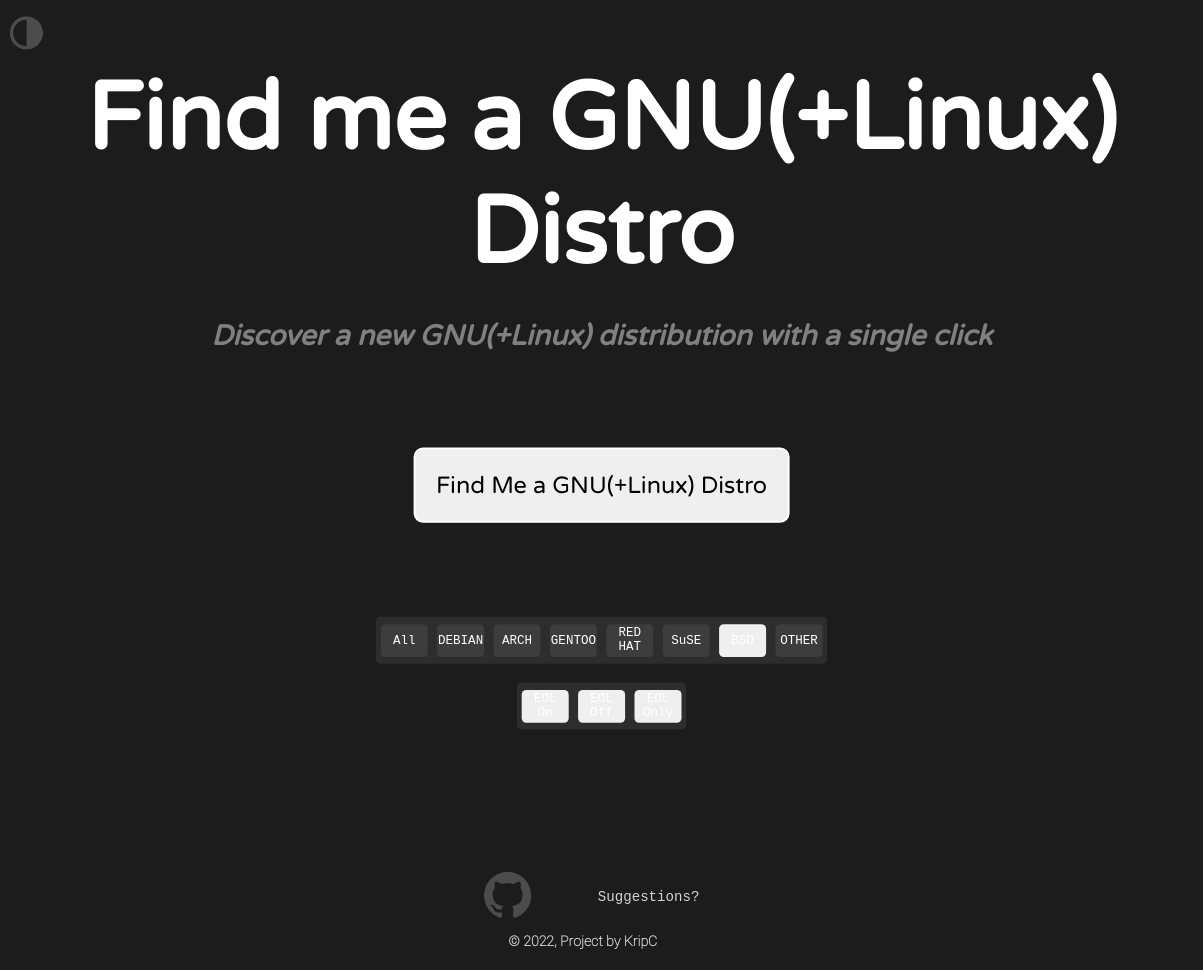
Repository: KripC2160/FindMeALinuxDistro
Page: index.html
The author's editor kept a copy of each file at every save. The page is drawn from the files as they stood at one save, then again after the next save.
The browser window is 1280 px wide. The pictures show the whole page, at 94% of full size.

Above is the page before, as saved 2022-05-17 22:16:40.
Console error: TypeError: Cannot read properties of null (reading 'style')

### index.html
<!DOCTYPE html>
<html>
    <head>
        <meta charset="utf-8">
        <meta name="viewport" content="width=device-width, initial-scale=1.0">
        <title>Find Me a GNU(+Linux) Distro</title>
        <link rel="preconnect" href="https://fonts.gstatic.com">
        <link rel="shortcut icon" type="image/png" href="img/randomdistrofavicon.png">
        <link rel="stylesheet" type="text/css"href="css/style.css" />
    </head>
    <body onload="changeButtonColor()">
        <script src="js/script.js"></script>
        <script src="js/handlelink.js"></script>
        <h1 class="BigTitle" id="BigTitle">Find me a GNU(+Linux) Distro</h1>
        <h3 class="smallerTitle">Discover a new GNU(+Linux) distribution with a single click</h3>
        <div class="darkmode">
            <button id="dmbutton" onclick="dmchange()">
                <img src="img/thememode.png" id="dmimg">
            </button>
        </div>
        <div class="content">
            <button id="random-button" onclick="clicked()">Find Me a GNU(+Linux) Distro</button>
        </div>
        <div class="FMALDportal">
            <span class="tip">You can choose specific variant of distributions you want to see using this option</span>
            <!-- number of items in fmald including index: 9-->
            <button class="FMALDALL" id="FMALDALL" onclick="TOGGLEALL()">All</button>
            <button class="FMALDDEBIAN" id="FMALDDEBIAN" onclick="TOGGLEDEBIAN()">DEBIAN</button>
            <button class="FMALDARCH" id="FMALDARCH" onclick="TOGGLEARCH()">ARCH</button>
            <button class="FMALDGENTOO" id="FMALDGENTOO" onclick="TOGGLEGENTOO()">GENTOO</button>
            <button class="FMALDREDHAT" id="FMALDREDHAT" onclick="TOGGLEREDHAT()">RED HAT</button>
            <button class="FMALDSUSE" id="FMALDSUSE" onclick="TOGGLESUSE()">SuSE</button>
            <button class="FMALDSLACK" id="FMALDSLACK" onclick="TOGGLESLACK()">Slack</button>
            <button class="FMALDSLACK" id="FMALDSLACK" onclick="TOGGLEBSD()">BSD</button>
            <button class="FMALDOTHER" id="FMALDOTHER" onclick="TOGGLEOTHER()">OTHER</button>
        </div>
        <div class="EOLsettings">
            <span class="tip">Option for EOL (End Of Life) Distributions</span>
            <button class="EOLoff" id="EOLoff" onclick="TOGGLEEOLOFF()">EOL Off</button>
            <button class="EOLon" id="EOLon" onclick="TOGGLEEOLON()">EOL On</button>
            <button class="EOLonly" id="EOLonly" onclick="TOGGLEEOLONLY()">EOL Only</button>
        </div>
        <footer>
            <button class="GH" onclick="relocateGithubHome()"><img src="img/GitHub_logo.png" width="50px" height="50px"></button>
            <button class="suggestions" onclick="relocateGithub()">Suggestions?</button>
            <h2 class="creditsanddate">© <script>document.write(new Date().getFullYear());</script>, Project by KripC</h2> <!-- the script automatically updates the year-->
        </footer>
    </body>
</html>

### css/style.css
html{
    width: 100vw
}

:root{
    --main-color: #1C1C1C;
    --main-text-color: lightgrey;
    --main-background: #2D2D2D;
    --main-bigtitle: white;
}

body{
    background-color: var(--main-color);
}

@import url('https://fonts.googleapis.com/css2?family=Anonymous+Pro&display=swap');

@font-face{
    font-family: "Varela Round";
    src: url("../font/Varela_Round/VarelaRound-Regular.ttf");
}

@font-face{
    font-family: "Roboto";
    src: url("../font/Roboto/Roboto-Thin.ttf");
}

/* useless for now
@media screen and (min-width: 1600px){
    @viewport{
    }
}
*/

#random-button{
    font-family: 'Varela Round';
    font-size: 25px;
    text-align: center;
    width:400px;
    height:80px;
    border-radius: 10px;
    border:2px solid white;
    outline: none;
    margin-bottom: 250px;
    transition: transform .2s;
    cursor: pointer;
}


#random-button:hover{
    transform: scale(1.02);
}

.content{
    display: flex;
    justify-content: center;
    align-items: center;
    position: relative;
    top: 0%;
}

.BigTitle{
    font-family: 'Varela Round';
    font-size: 100px;
    text-align: center;
    color: white;
    margin-bottom: 10px;
}

.smallerTitle{
    font-family: 'Varela Round';
    font-style: italic;
    color: grey;
    font-size: 30px;
    text-align: center;
    margin-bottom: 100px;
    position: relative;
}

footer{
    position: static;
    bottom: 0;
    clear: both;
    left:0;
    right:0;
    margin-left:auto;
    margin-right:auto;
    display: grid;
    justify-content: center;
}

.suggestions{
    font-family: 'Anonymous Pro', monospace;
    outline: none;
    background: none;
    border:none;
    color: var(--main-text-color);
    font-size: 15px;
    cursor: pointer;
    cursor:pointer;
    position: relative;
    right: -50px;
    bottom: 15px;
}

.GH{
    cursor: pointer;
    position: relative;
    left: -100px;
    bottom: -20px;
    border:none;
    outline: none;
    background-color: none;
    background:none;
    filter: brightness(150%);
    transition: filter .1s;
}

.GH:hover{
    filter:brightness(200%);
}

.creditsanddate{
    font-family: 'Roboto';
    color: var(--main-text-color);
    font-size: 15px;
    position: relative;
    top: 0px;
    left: -20px;
    text-align: center;
    display: grid;
    justify-content: center;
    bottom: 0;
}

/*buttons*/
@media only screen and (max-width: 768px) {
    .FMALDportal{
        scale: 70%;
    }
}

@media only screen and (max-width: 320px) {
    .FMALDportal{
        scale: 50%;
        left: -120px;
    }
}

.FMALDportal{
    position: relative;
    display: grid;
    margin-left: auto;
    margin-right: auto;
    justify-content: center;
    align-items: center;
    bottom: 150px;
    background: var(--main-background);
    height: 50px;
    width: 480px;
    border-radius: 5px;
}

.FMALDportal .tip{
    font-family: "Varela Round";
    font-size: 12px;
    visibility: hidden;
    width: 120px;
    background-color: RGBA(50, 50, 50, 0.9);
    color: #fff;
    text-align: center;
    padding: 5px 0;
    border-radius: 6px;
    border: 5px RGBA(50, 50, 50, 0.9);

    position: absolute;
    z-index: 1;
    bottom: 125%;
    left: 50%;
    margin-left: -60px;

    /* Fade in tooltip */
    opacity: 0;
    transition: opacity 0.3s;
}

.FMALDportal .tip::after {
    content: "";
    position: absolute;
    top: 100%;
    left: 50%;
    margin-left: -5px;
    border-width: 5px;
    border-style: solid;
    border-color: #555 transparent transparent transparent;
}

  /* Show the tooltip text when you mouse over the tooltip container */
.FMALDportal:hover .tip {
    visibility: visible;
    opacity: 1;
}

.FMALDportal button{
    font-family: "Anonymous Pro", monospace;
    color: white;
    text-align: center;
    position: absolute;
    display: grid;
    justify-content: center;
    align-items: center;
    margin: 0 auto;
    height: 35px;
    width: 50px;
    border-radius: 5px;
    border: none;
    cursor: pointer;
    margin-right: 10px;
}


.FMALDALL{
    left: 5px;
}

.FMALDDEBIAN{
    left: 65px;
}

.FMALDARCH{
    left: 125px;
}

.FMALDGENTOO{
    left: 185px;
}

.FMALDREDHAT{
    left: 245px;
}

.FMALDSUSE{
    left: 305px;
}

.FMALDSLACK{
    left: 365px;
}

.FMALDOTHER{
    left: 425px;
}

.FMALDEOL{
    left: 545px;
}

hr{
    position:absolute;
    left: 480px;
    background-color: #fff;
    border-radius: 5px;
    border:none;
}

.EOLsettings button{
    font-family: "Anonymous Pro", monospace;
    color: white;
    text-align: center;
    position: absolute;
    display: grid;
    justify-content: center;
    align-items: center;
    margin: 0 auto;
    height: 35px;
    width: 50px;
    border-radius: 5px;
    border: none;
    cursor: pointer;
}

.EOLon{
    left: 5px;
}

.EOLoff{
    left: 65px;
}

.EOLonly{
    left: 125px;
}

.EOLsettings{
    position: relative;
    display: grid;
    margin-left: auto;
    margin-right: auto;
    justify-content: center;
    align-items: center;
    bottom: 130px;
    background: var(--main-background);
    height: 50px;
    width: 180px;
    border-radius: 5px;
}

.EOLsettings .tip{
    font-family: "Varela Round";
    font-size: 12px;
    visibility: hidden;
    width: 200px;
    background-color: RGBA(50, 50, 50, 0.9);
    color: #fff;
    text-align: center;
    padding: 10px 0;
    border-radius: 6px;
    border: 5px RGBA(50, 50, 50, 0.9);
    position: absolute;
    z-index: 1;
    bottom: -120%;
    left: 30%;
    margin-left: -60px;

    /* Fade in tooltip */
    opacity: 0;
    transition: opacity 0.3s;
}

.EOLsettings .tip ::after{
    content: "";
    position: absolute;
    top: 100%;
    left: 50%;
    margin-left: -5px;
    border-width: 5px;
    border-style: solid;
    border-color: #555 transparent transparent transparent;
}

.EOLsettings:hover .tip {
    visibility: visible;
    opacity: 1;
}

#dmbutton{
    background-color: none;
    background:none;
    outline: none;
    border: none;
    width: 40px;
    height: 40px;
    position: absolute;
    top: 2%;
    display: grid;
    justify-content: center;
    filter: brightness(100%);
    transition: filter .1s;
    cursor: pointer;
}

#dmbutton:hover{
    filter: brightness(150%);
}

#dmimg{
    width: 40px;
    height: 40px;
    cursor: pointer;
}

### js/script.js


//local storage variable
// looks bad, but I still don't know the true solution to localstorage issue so here we go
if (localStorage.getItem("EOLToggle") === null){
    localStorage.setItem("EOLToggle", 2);
}

if (localStorage.getItem("EOLToggle") == 2){
    localStorage.setItem("EOLToggle", 2);
}

if (localStorage.getItem("dmToggle") === null){
    localStorage.setItem("dmToggle", 'light');
}

if (localStorage.dmToggle === null){
    localStorage.setItem("dmToggle", 'light');
}

if (localStorage.getItem("distroToggle") === null){
    localStorage.setItem("distroToggle", 1);
}

if (localStorage.distroToggle === null){
    localStorage.setItem("distroToggle", 1);
}

// variables below
var r = document.querySelector(":root");
var EOLToggle = localStorage.getItem("EOLToggle");
//var curr_toggle = localStorage.getItem("distroToggle");

//color palette from https://onaircode.com/html-css-color-palette-code-snippet/
var curr_color, prev_color;
var color_list = [
    "#EC87C0", "#48CFAD", "#FC6E51", //pink, torquoise, orange
    "#4FC1E9", "#AC92EC", "#ED5565", //aqua, purple, red
    "#A0D468", "#5D9CEC", "#FFCE54"  //green, blue, yellow
];

var distro_list = [
    "TEST", "FMALDALL", "FMALDDEBIAN", "FMALDARCH", "FMALDGENTOO", "FMALDREDHAT", "FMALDSUSE", "FMALDSLACK", "FMALDBSD", "FMALDOTHER"
];



function clicked(){

    var distrolink_list = [
        "gap", links, debianlinks, archlinks, gentoolinks,
        redhatlinks, suselinks, slacklinks, bsdlinks, otherlinks
    ];

    var eoldistrolink_list = [
        "gap", EOLlinks, EOLdebianlinks, EOLarchlinks, EOLgentoolinks,
        EOLredhatlinks, EOLsuselinks, EOLslacklinks, EOLotherlinks
    ];

    if (EOLToggle == 1){
        var chosentype = Math.floor((Math.random()*100)+ 1);
        chosentype <= 25 ? window.open(eoldistrolink_list[localStorage.distroToggle][Math.floor(Math.random()*eoldistrolink_list[localStorage.distroToggle].length)]) : window.open(distrolink_list[localStorage.distroToggle][Math.floor(Math.random()*distrolink_list[localStorage.distroToggle].length)])
    }
    else if(EOLToggle == 2){
        window.open(distrolink_list[localStorage.distroToggle][Math.floor(Math.random()*distrolink_list[localStorage.distroToggle].length)]);
    }
    else if(EOLToggle == 3){
        window.open(eoldistrolink_list[localStorage.distroToggle][Math.floor(Math.random()*eoldistrolink_list[localStorage.distroToggle].length)]);
    }
}

function changeButtonColor(){
    var color = Math.floor((Math.random() * 9) + 0);
    /*added this function so no identical colors will be there
    everytime you load new random color*/
    if (color_list[color] == curr_color || color_list[color] == prev_color){
        changeButtonColor();
    }
    else{

        document.getElementById("FMALDOTHER").style.backgroundColor = "#3D3D3D";
        document.getElementById("FMALDALL").style.backgroundColor = "#3D3D3D";
        document.getElementById("FMALDDEBIAN").style.backgroundColor = "#3D3D3D";
        document.getElementById("FMALDARCH").style.backgroundColor = "#3D3D3D";
        document.getElementById("FMALDREDHAT").style.backgroundColor = "#3D3D3D";
        document.getElementById("FMALDSUSE").style.backgroundColor = "#3D3D3D";
        document.getElementById("FMALDSLACK").style.backgroundColor = "#3D3D3D";
        document.getElementById("FMALDGENTOO").style.backgroundColor = "#3D3D3D";
        document.getElementById("FMALDBSD").style.backgroundColor = "#3D3D3D";

        if (localStorage.distroToggle == 1){
            document.getElementById("EOLon").style.backgroundColor = color_list[color];
            document.getElementById("EOLoff").style.backgroundColor = color_list[color];
            document.getElementById("EOLonly").style.backgroundColor = color_list[color];
            document.getElementById("random-button").style.backgroundColor = color_list[color];
            document.getElementById("BigTitle").style.color = color_list[color];
            document.getElementById("FMALDALL").style.backgroundColor = color_list[color];
        }
        else{
            document.getElementById("EOLon").style.backgroundColor = color_list[localStorage.distroToggle];
            document.getElementById("EOLoff").style.backgroundColor = color_list[localStorage.distroToggle];
            document.getElementById("random-button").style.backgroundColor=color_list[localStorage.distroToggle];
            document.getElementById("EOLonly").style.backgroundColor = color_list[localStorage.distroToggle];
            document.getElementById("BigTitle").style.color = color_list[localStorage.distroToggle];
            document.getElementById(distro_list[localStorage.distroToggle]).style.backgroundColor = color_list[localStorage.distroToggle];
        }

        if (localStorage.distroToggle == 8){
            document.getElementById("EOLon").style.backgroundColor = "white";
            document.getElementById("EOLoff").style.backgroundColor = "white";
            document.getElementById("EOLonly").style.backgroundColor = "white";
            document.getElementById("random-button").style.backgroundColor= "white";
            if (localStorage.dmToggle == 'light'){
                document.getElementById("BigTitle").style.color = "white";
            }
            else if (localStorage.dmToggle == 'dark'){
                document.getElementById("BigTitle").style.color = "#3D3D3D";
            }
            document.getElementById("FMALDOTHER").style.backgroundColor = "#F5F7FA";
            document.getElementById("FMALDOTHER").style.color = "#3D3D3D";
        }
    }

        if (EOLToggle == 1){
            if (localStorage.distroToggle == 8){
                document.getElementById("EOLon").style.color = "#3D3D3D";
                document.getElementById("EOLonly").style.color = "white";
                document.getElementById("EOLoff").style.color = "white";
            }
            else{
                document.getElementById("EOLon").style.color = "white";
            }
            document.getElementById("EOLoff").style.backgroundColor = "#3D3D3D";
            document.getElementById("EOLonly").style.backgroundColor = "#3D3D3D";
        }
        else if (EOLToggle == 2){
            if (localStorage.distroToggle == 8){
                document.getElementById("EOLoff").style.color = "#3D3D3D";
                document.getElementById("EOLonly").style.color = "white";
                document.getElementById("EOLon").style.color = "white";
            }
            else{
                document.getElementById("EOLoff").style.color = "white";
            }
            document.getElementById("EOLon").style.backgroundColor = "#3D3D3D";
            document.getElementById("EOLonly").style.backgroundColor = "#3D3D3D";
        }
        else if (EOLToggle == 3){
            if (localStorage.distroToggle == 8){
                document.getElementById("EOLonly").style.color = "#3D3D3D";
                document.getElementById("EOLoff").style.color = "white"
                document.getElementById("EOLon").style.color = "white"
            }
            else{
                document.getElementById("EOLonly").style.color = "white";
            }
            document.getElementById("EOLon").style.backgroundColor = "#3D3D3D";
            document.getElementById("EOLoff").style.backgroundColor = "#3D3D3D";
        }
        prev_color = curr_color;
        curr_color = color_list[color];

    if (localStorage.distroToggle != 8){
        document.getElementById("EOLon").style.color = "white";
        document.getElementById("EOLoff").style.color = "white";
        document.getElementById("FMALDOTHER").style.color = "white";
    }

    if(localStorage.dmToggle == 'dark'){
        document.getElementById('random-button').style.borderColor = "#4C4C4C";
        r.style.setProperty('--main-color', 'F0F0F0');
        r.style.setProperty('--main-text-color', '#1C1C1C');
        r.style.setProperty('--main-background', "#D4D4D4");
        r.style.setProperty('--main-bigtitle', 'white');
    }
    else{
        document.getElementById('random-button').style.borderColor = "white";
        r.style.setProperty('--main-color', '#1C1C1C');
        r.style.setProperty('--main-text-color', 'lightgrey');
        r.style.setProperty('--main-background', "#2D2D2D");
        r.style.setProperty('--main-bigtitle', '#1C1C1C');
    }
}

function relocateGithubHome(){
    var githubhome = "https://github.com/KripC2160/findmealinuxdistro";
    window.open(githubhome);
}

function relocateGithub(){
    var issues = "https://github.com/KripC2160/findmealinuxdistro/issues";
    window.open(issues);
}

function TOGGLEEOLON(){
    if (EOLToggle != 1){
        EOLToggle = 1;
        localStorage.setItem("EOLToggle", 1);
        changeButtonColor();
    }
}

function TOGGLEEOLOFF(){
    if (EOLToggle != 2){
        EOLToggle = 2;
        localStorage.setItem("EOLToggle", 2);
        changeButtonColor();
    }
}

function TOGGLEEOLONLY(){
    if (EOLToggle != 3){
        EOLToggle = 3;
        localStorage.setItem("EOLToggle", 3);
        changeButtonColor();
    }
}

//option buttons

function TOGGLEALL(){
    localStorage.distroToggle = 1;
    changeButtonColor();
}

function TOGGLEDEBIAN(){
    localStorage.distroToggle = 2;
    changeButtonColor();
}

function TOGGLEARCH(){
    localStorage.distroToggle = 3;
    changeButtonColor();
}

function TOGGLEGENTOO(){
    localStorage.distroToggle = 4;
    changeButtonColor();
}

function TOGGLEREDHAT(){
    localStorage.distroToggle = 5;
    changeButtonColor();
}

function TOGGLESUSE(){
    localStorage.distroToggle = 6;
    changeButtonColor();
}

function TOGGLESLACK(){
    localStorage.distroToggle = 7;
    changeButtonColor();
}

function TOGGLEOTHER(){
    localStorage.distroToggle = 8;
    changeButtonColor();
}

function TOGGLEBSD(){
    localStorage.distroToggle = 9;
    changeButtonColor();
}

function dmchange(){
    if (localStorage.dmToggle == 'dark'){
        localStorage.setItem("dmToggle", 'light');
    }
    else if (localStorage.dmToggle == 'light'){
        localStorage.setItem("dmToggle", 'dark');
    }
    changeButtonColor();
}

Loaded but not shown: js/handlelink.js (488 lines, source omitted)

After the next save:
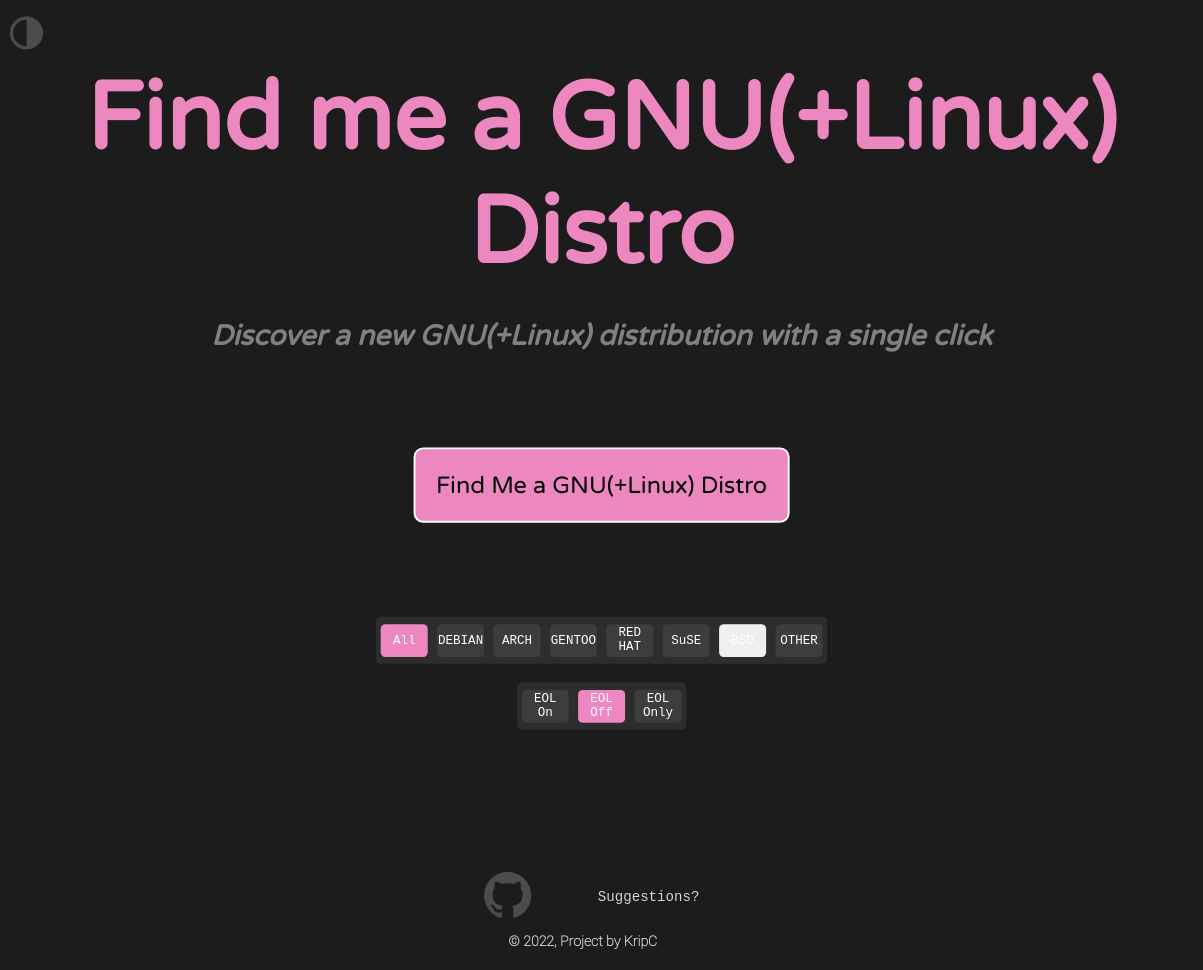
The error is gone.
Saved 8 min 38 s later.
--- a/js/script.js
+++ b/js/script.js
@@ -40,7 +40,7 @@ var color_list = [
 ];
 
 var distro_list = [
-    "TEST", "FMALDALL", "FMALDDEBIAN", "FMALDARCH", "FMALDGENTOO", "FMALDREDHAT", "FMALDSUSE", "FMALDSLACK", "FMALDBSD", "FMALDOTHER"
+    "TEST", "FMALDALL", "FMALDDEBIAN", "FMALDARCH", "FMALDGENTOO", "FMALDREDHAT", "FMALDSUSE", "FMALDSLACK", "FMALDOTHER"
 ];
 
 
@@ -49,7 +49,7 @@ function clicked(){
 
     var distrolink_list = [
         "gap", links, debianlinks, archlinks, gentoolinks,
-        redhatlinks, suselinks, slacklinks, bsdlinks, otherlinks
+        redhatlinks, suselinks, slacklinks, otherlinks
     ];
 
     var eoldistrolink_list = [
@@ -86,7 +86,7 @@ function changeButtonColor(){
         document.getElementById("FMALDSUSE").style.backgroundColor = "#3D3D3D";
         document.getElementById("FMALDSLACK").style.backgroundColor = "#3D3D3D";
         document.getElementById("FMALDGENTOO").style.backgroundColor = "#3D3D3D";
-        document.getElementById("FMALDBSD").style.backgroundColor = "#3D3D3D";
+        document.getElementById("FMALDOTHER").style.backgroundColor = "#3D3D3D";
 
         if (localStorage.distroToggle == 1){
             document.getElementById("EOLon").style.backgroundColor = color_list[color];
@@ -258,11 +258,6 @@ function TOGGLEOTHER(){
     changeButtonColor();
 }
 
-function TOGGLEBSD(){
-    localStorage.distroToggle = 9;
-    changeButtonColor();
-}
-
 function dmchange(){
     if (localStorage.dmToggle == 'dark'){
         localStorage.setItem("dmToggle", 'light');
